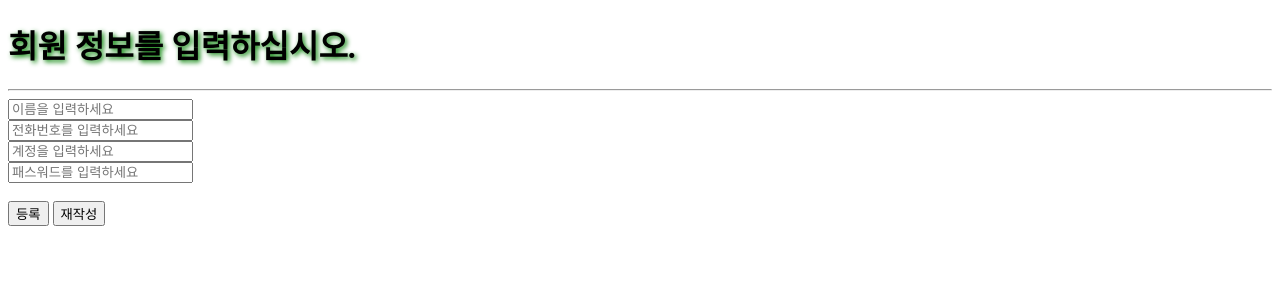
Repository: jhsnex123/web_study
Page: edu/src/main/webapp/cssexam/csslab2.html
An editor plug-in stored every save of this project. The page is shown before and after the next save, followed by the edit.
The browser window is 1280 px wide. The pictures show the whole page.

Above is the page before, as saved 2024-09-19 04:30:35.

After the next save:
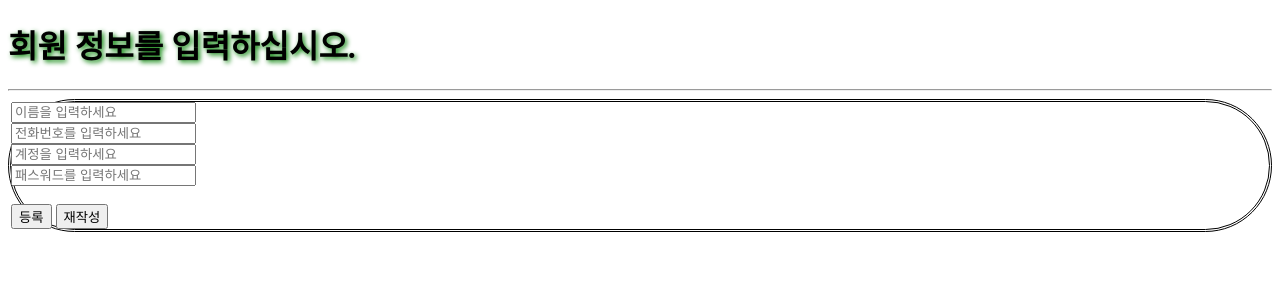
Saved 3 min 30 s later.
--- a/edu/src/main/webapp/cssexam/csslab2.html
+++ b/edu/src/main/webapp/cssexam/csslab2.html
@@ -12,7 +12,7 @@ text-shadow : 2px 2px 5px green;
 div{
     box-sizing: border-box;
 	border-radius : 300px;
-
+	border-style: double;
 }
 
 </style>
